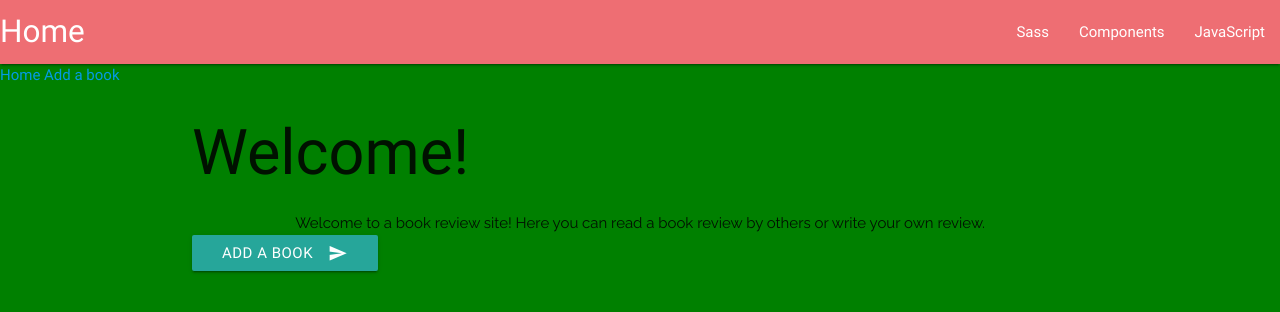
Repository: h8130084/bookReview
Page: http://localhost/
The author's editor kept a record of every edit. The page is drawn from the files as they stood at one moment, then again after a run of edits.
The browser window is 1280 px wide. The pictures show the whole page.
Some web libraries are served in a nearby version. The page is served by the project's application, run on Flask 3 (app.py). Queries for data that is not in the repository find no rows.

Above is the page before.
Console error: ReferenceError: M is not defined

### templates/books.html
{% extends 'base.html' %} {% block content %}

<div class="wrapper">
    <h1> Welcome!</h1>
    <div class="sub-heading" "row"> Welcome to a book review site! Here you can read a book review by others or write your own review.</div>










{% for book in books%}

 <div class="row">
     <ul class="collection with-header">

        <li class="collection-item"><div>{{book.Title}}<a <a href="{{url_for('book_info', book_id=book._id)}}" class="secondary-content"><i class="material-icons"></i></a></div></li>
       {% endfor %}
      </ul>







        <div class="row" "addBookButton">
            <form action="{{url_for('add_book')}}" class="col s12">
                <button class="btn waves-effect waves-light" type="submit" name="action">add a book
                <i class="material-icons right">send</i>
            </button>
            </form>
        </div>

    </div>
</div>

{% endblock %}

### templates/base.html
<!DOCTYPE html>
<html lang="en">

<head>
    <meta charset="UTF-8">
    <meta name="viewport" content="width=device-width, initial-scale=1.0">
    <meta http-equiv="X-UA-Compatible" content="ie=edge">

<!-- taken from google fonts, materilaize and cdnjs -->
    <link href="https://fonts.googleapis.com/icon?family=Material+Icons" rel="stylesheet">
    <link href="https://fonts.googleapis.com/css?family=Raleway&display=swap" rel="stylesheet">
    <link rel="stylesheet" href="https://cdnjs.cloudflare.com/ajax/libs/materialize/0.100.2/css/materialize.min.css">
    <link rel="stylesheet" href="{{url_for('static', filename='style.css')}}" type="text/css" />

    <title>Document</title>
</head>

<body>
    <header>
         <nav>
    <div class="nav-wrapper">
      <a href="{{url_for('get_books')}}" class="brand-logo">Home</a>
      <ul id="nav-mobile" class="right hide-on-med-and-down">
        <li><a href="sass.html">Sass</a></li>
        <li><a href="badges.html">Components</a></li>
        <li><a href="collapsible.html">JavaScript</a></li>
      </ul>
    </div>
  </nav>
		<div id="navbar" class="col s12">
			<a href="{{url_for('get_books')}}">Home</a>
			<a href="{{url_for('add_book')}}">Add a book</a>
		</div>
    </header>


    <div class="container">
        {% block content %} {% endblock %}

        <script src="https://cdnjs.cloudflare.com/ajax/libs/jquery/3.2.1/jquery.min.js"></script>
        <script src="https://cdnjs.cloudflare.com/ajax/libs/materialize/0.100.2/js/materialize.min.js"></script>
        <script type="text/javascript">
            $(document).ready(function() {
                $('.tabs').tabs();
                $('#Review').val('New Text');
                M.textareaAutoResize($('#Review'));

            });

        </script>
    </div>
</body>


</html>

### app.py
import os
from flask import Flask, render_template, redirect, request, url_for
from flask_pymongo import PyMongo
from bson.objectid import ObjectId
import env

app = Flask(__name__)

app.config["MONGO_DBNAME"] = 'book_review'
app.config["MONGO_URI"] = env.MONGO_URI


mongo = PyMongo(app)

@app.route('/')
@app.route('/ get_books')
def get_books():
     return render_template("books.html", books=mongo.db.book_details.find())

@app.route('/edit_book/<book_id>')
def edit_book(book_id):
    the_book = mongo.db.book_details.find_one({"_id": ObjectId(book_id)})
    all_categories = mongo.db.categories.find()
    return render_template('editbook.html', book=the_book, categories=all_categories)

@app.route('/update_book/<book_id>', methods=["POST"])
def update_book(book_id):
    books = mongo.db.book_details
    books.update( {'_id': ObjectId(book_id)},
    {
        'Title': request.form.get('Title'),
        'Author': request.form.get('Author'),
        'Genre': request.form.get('Genre'),
        'Year': request.form.get('Year'),
        'Image_URL': request.form.get('Image_URL'),
        'Amazon': request.form.get('Amazon'),
        'Review': request.form.get('Review')
    })
    return redirect(url_for('get_books'))

#book details page
@app.route('/book_info/<book_id>')
def book_info(book_id):
    the_book = mongo.db.book_details.find_one({"_id": ObjectId(book_id)})
    all_categories = mongo.db.categories.find()
    return render_template('bookdetails.html', book=the_book, categories=all_categories)

# displays add books page
@app.route('/add_book')
def add_book():
    return render_template('addbook.html')

#  takes the details from the form and adds the book to the database, then redirects to home page
@app.route('/insert_book', methods=['POST'])
def insert_book():

    new_book = {
        'Title': request.form.get('Title'),
        'Author': request.form.get('Author'),
        'Genre': request.form.get('Genre'),
        'Year': request.form.get('Year'),
        'Image_URL': request.form.get('Image_URL'),
        'Amazon': request.form.get('Amazon'),
        'Review': request.form.get('Review'),
        'upvotes': 0,
    }

    books = mongo.db.book_details
    books.insert_one(new_book)
    # ----- get books should be home page to display that the book just added is present
    return redirect(url_for('get_books'))

# delete the book
@app.route('/delete_book/<book_id>')
def delete_book(book_id):
    mongo.db.book_details.remove({'_id': ObjectId(book_id)})
    return redirect(url_for('get_books'))


if __name__ == '__main__':
    app.run(host=os.environ.get('IP'),
    port=int(os.environ.get('PORT')),
    debug=True)

### static/style.css
@import url('https://fonts.googleapis.com/css?family=Raleway&display=swap');
body{
    background-color: green;
}

.books{
   background-color: red;
 }

.sub-heading {
  font-family: 'Raleway', sans-serif;
  text-align: center;
}

After the next 2 edits:
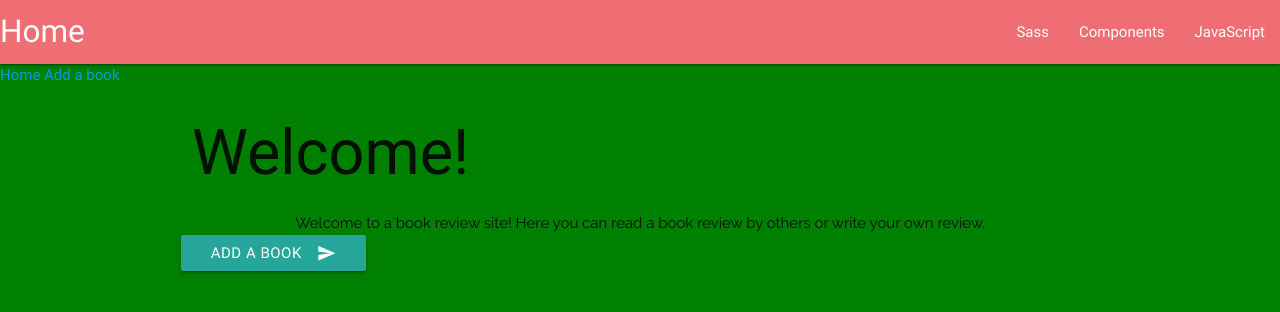
The 2 edits are shown as one change because 1 did not build or start.
The edit:
--- a/templates/books.html
+++ b/templates/books.html
@@ -13,9 +13,10 @@
 
 
 
-{% for book in books%}
+
 
  <div class="row">
+     {% for book in books%}
      <ul class="collection with-header">
 
         <li class="collection-item"><div>{{book.Title}}<a <a href="{{url_for('book_info', book_id=book._id)}}" class="secondary-content"><i class="material-icons"></i></a></div></li>
